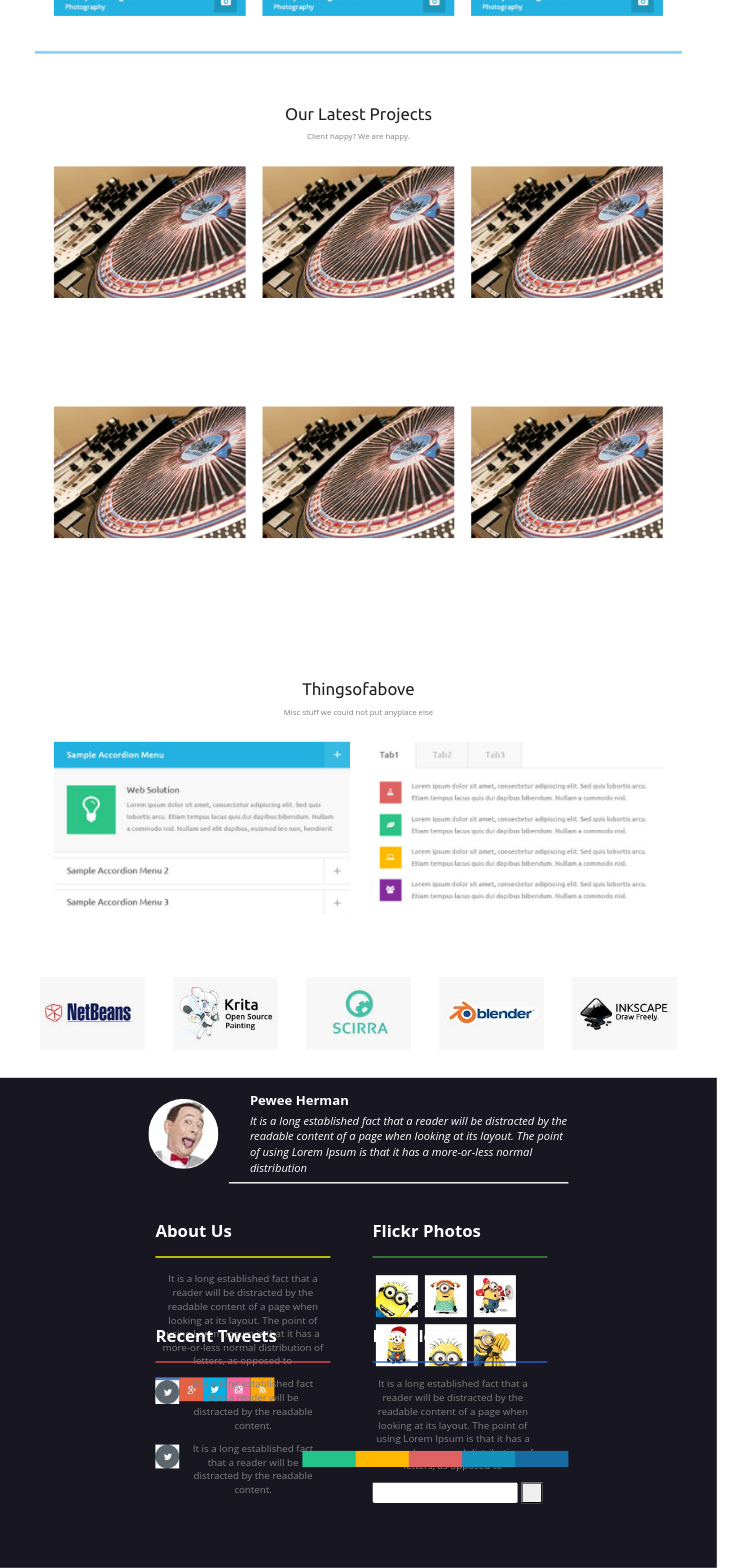
Repository: RenataDzotova/Metrolics-Renata-Beyonce
Page: index.html
The author's editor kept a copy of each file at every save. The page is drawn from the files as they stood at one save, then again after the next save.
The browser window is 1024 px wide. The page is 1062 px wide, so the pictures cover 1062 px, including what lies to the right of the window. The pictures show the part of the page from y = 1634 to 3874 px (the page is 3874 px tall), at 70% of full size.
Some web fonts or font styles are not loaded; a fallback is used.

Above is the page before, as saved 2022-02-02 18:01:10.

After the next save:
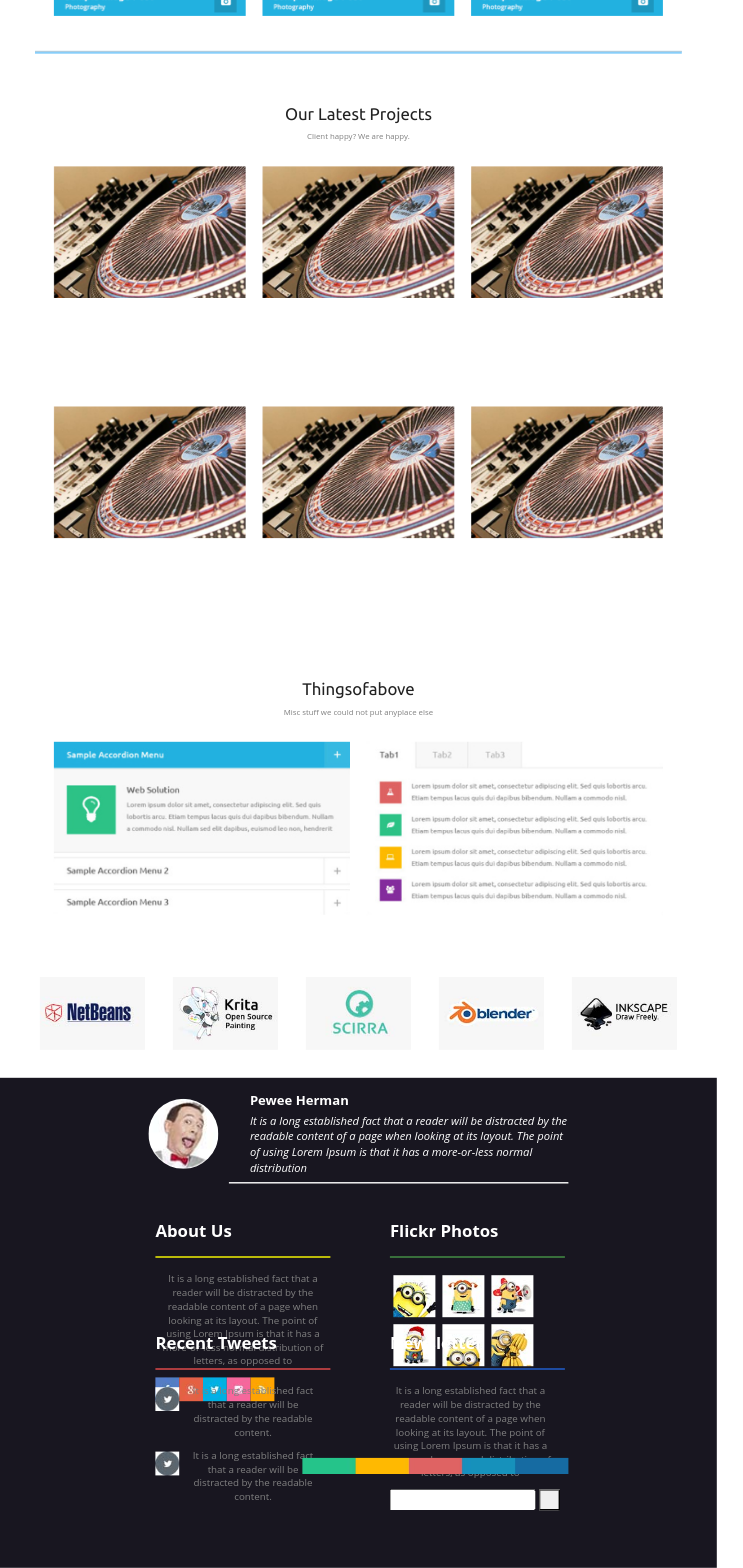
Saved 6 s later.
--- a/css/renata.css
+++ b/css/renata.css
@@ -393,7 +393,7 @@
         grid-template-columns: auto auto;
         grid-template-rows: 150px 150px;
         width: 600px;
-        grid-gap: 10px 5opx;
+        grid-gap: 10px 50px;
         padding: 10px;
     }
 

After the save that followed:
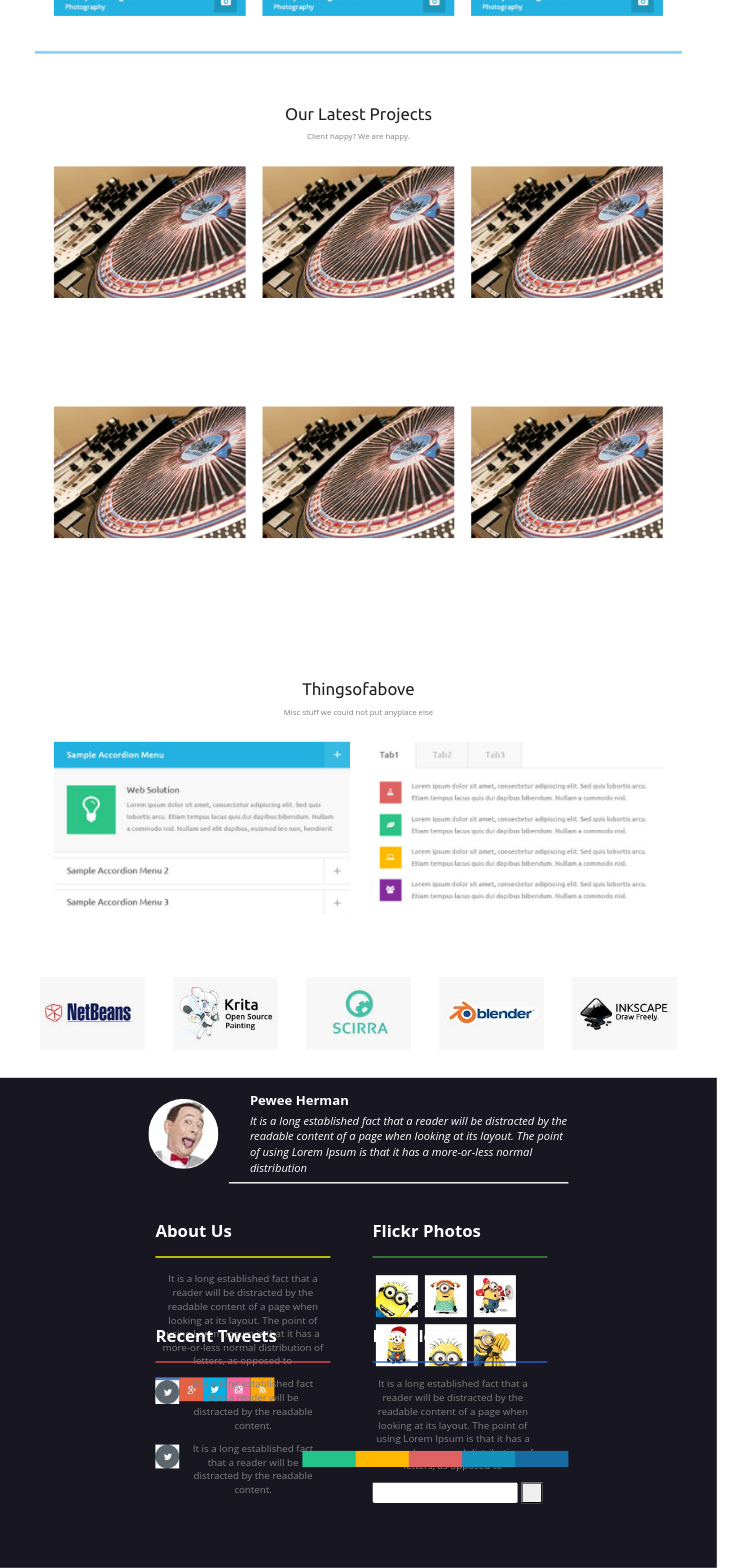
Saved 6 s later.
--- a/css/renata.css
+++ b/css/renata.css
@@ -393,7 +393,7 @@
         grid-template-columns: auto auto;
         grid-template-rows: 150px 150px;
         width: 600px;
-        grid-gap: 10px 50px;
+        grid-gap: 10px, 50px;
         padding: 10px;
     }
 
